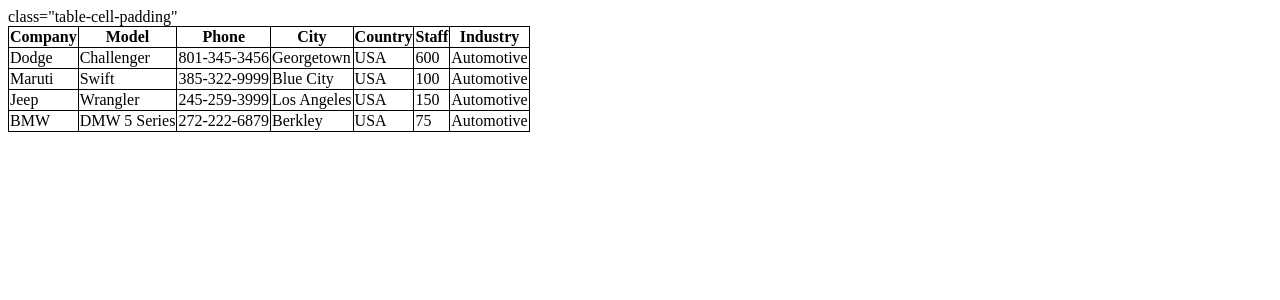
Repository: vgoins-RA2022/HTML-2
Page: index.html
These files come from the project's save history. The page is drawn as it stood at one moment and after the next save; the edit follows.
The browser window is 1280 px wide. The pictures show the whole page.

Above is the page before, as saved 2023-01-21 22:20:06.

After the next save:
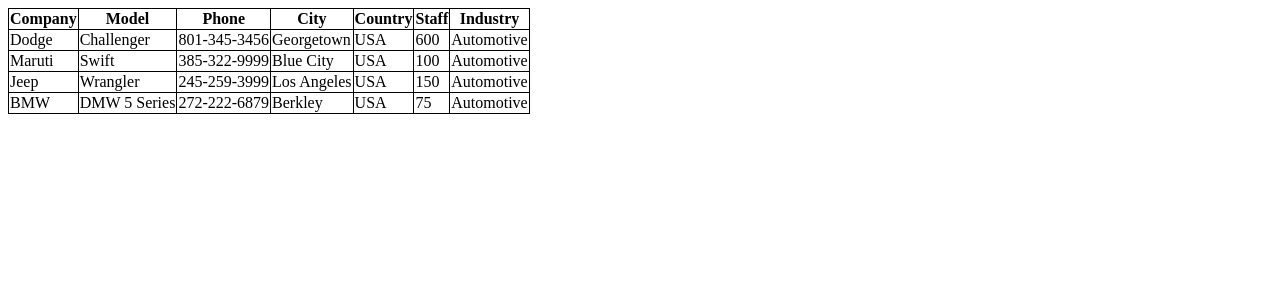
Saved 12 s later.
--- a/index.html
+++ b/index.html
@@ -26,7 +26,7 @@
     <tbody>
       <tr>
         <!--Beginning table data  -->
-        class="table-cell-padding"
+
         <td>Dodge</td>
         <td>Challenger</td>
         <td>801-345-3456</td>
